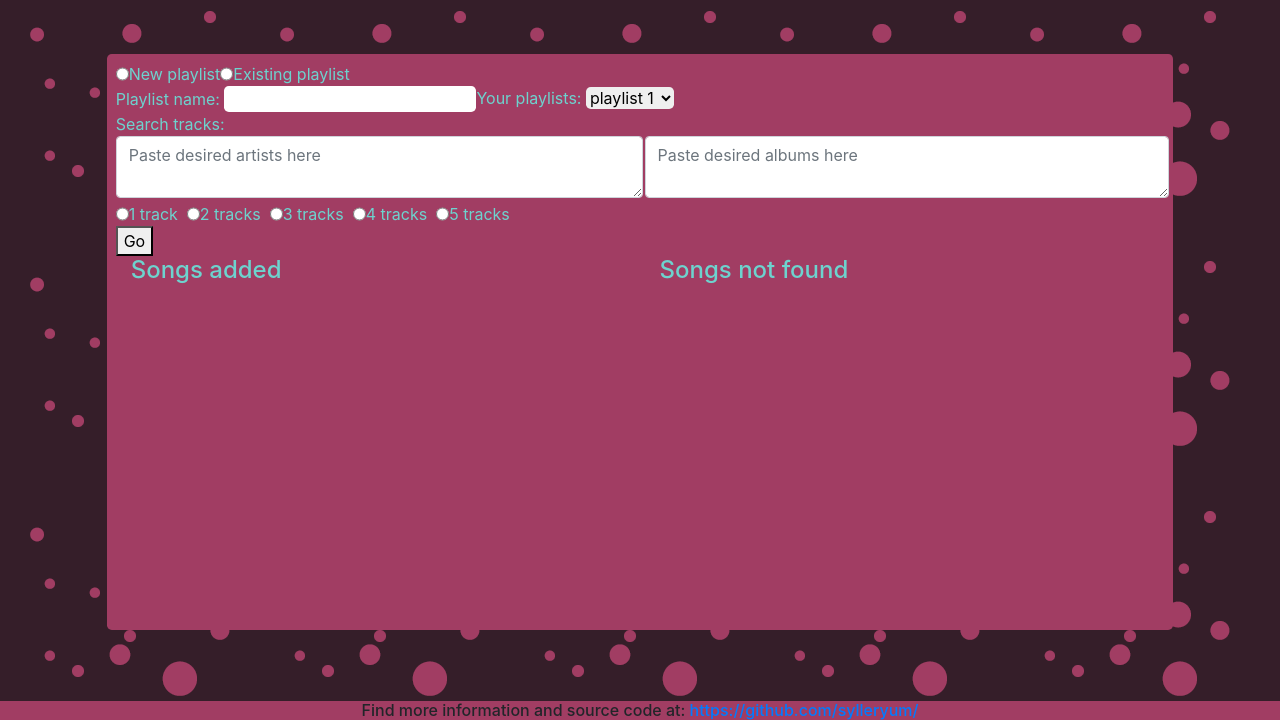
Repository: sylleryum/Frontend
Page: GetTopTracks/index.html
An editor plug-in stored every save of this project. The page is shown before and after a run of saves, followed by the edit.
The browser window is 1280 px wide. The pictures show the whole page.

Above is the page before, as saved 2019-10-13 17:30:18.

### GetTopTracks/index.html
<!doctype html>
<html lang="en">

<head>
     <title>Get top tracks from Artists and albums</title>
     <!-- Required meta tags -->
     <meta charset="utf-8">
     <meta name="viewport" content="width=device-width, initial-scale=1, shrink-to-fit=no">

     <!-- Bootstrap CSS -->
     <link rel="stylesheet" href="https://stackpath.bootstrapcdn.com/bootstrap/4.3.1/css/bootstrap.min.css"
          integrity="sha384-ggOyR0iXCbMQv3Xipma34MD+dH/1fQ784/j6cY/iJTQUOhcWr7x9JvoRxT2MZw1T" crossorigin="anonymous">

     <!-- main CSS-->
     <link rel="stylesheet" href="style.css">

</head>

<body class="background-master">
     <form action="searchTrack" id="submit-btn" onsubmit="return validation()">
          <div class="container-fluid h-95">
               <div class="row align-items-center justify-content-center h-95">
                    <div class="h-80 col col-md-10 bg-4 text-1 rounded-lg pl-4 pt-2 overflow-auto  id="
                         internal-container">
                         <div class="row main-select">
                              <input type="radio" id="rNew" name="playlistRadio" value="new"
                                   onchange="radioChecker()">New
                              playlist
                              <input type="radio" id="rExisting" name="playlistRadio" value="existing"
                                   onchange="radioChecker()">Existing
                              playlist
                         </div>
                         <div class="row main-playlist">
                              <div id="new-playlist" class="block-style">
                                   Playlist name: <input type="text" class="rounded-lg border-0" id="playlistName"
                                        name="playlistName" />
                              </div>
                              <div id="existing-playlist" class="block-style">
                                   <span>Your playlists:</span>
                                   <select name="selectPlaylist" class="rounded-lg border-0">
                                        <option>playlist 1</option>
                                        <option>playlist 2</option>
                                        <option>playlist 3</option>
                                        <option>playlist 4</option>
                                        <!-- <c:forEach var="items" items="${playlists}">
                                        <option value="${items.getId()}">${items.getName()}</option>
                                   </c:forEach> -->
                                   </select>
                              </div>
                         </div>
                         <div class="row">
                              Search tracks:
                         </div>
                         <div class="row main-textarea form-group pr-1 mb-0">
                              <div class="col-md-6 p-0 mb-1">
                                   <textarea class="textarea-search form-control md-textarea" id="searchNameArtist"
                                        name="searchNameArtist" placeholder="Paste desired artists here"></textarea>
                              </div>
                              <div class="col-md-6 p-0 small-padding">
                                   <textarea class="textarea-search form-control md-textarea" id="searchNameAlbum"
                                        name="searchNameAlbum" placeholder="Paste desired albums here"></textarea>
                              </div>
                         </div>
                         <div class="row track-amount">
                              <input type="radio" id="rAmount1" name="playlistRadio" value="rAmount2" onchange="">1 track&nbsp;&nbsp;
                              <input type="radio" id="rAmount2" name="playlistRadio" value="rAmount2" onchange="">2 tracks&nbsp;&nbsp;
                              <input type="radio" id="rAmount3" name="playlistRadio" value="rAmount3" onchange="">3 tracks&nbsp;&nbsp;
                              <input type="radio" id="rAmount4" name="playlistRadio" value="rAmount4" onchange="">4 tracks&nbsp;&nbsp;
                              <input type="radio" id="rAmount5" name="playlistRadio" value="rAmount4" onchange="">5 tracks&nbsp;&nbsp;
                         </div>
                         <div class="row main-go">
                              <button type="submit" id="submit-button">
                                   Go
                              </button>
                         </div>

                         <div class="row results-menu">
                              <div class="success col-md-6">
                                   <h4>Songs added</h4>

                              </div>
                              <div class="failure col-md-6">
                                   <h4>Songs not found</h4>

                              </div>
                         </div>

                    </div>

               </div>

          </div>
     </form>
     <footer class="text-center m-0 p-0 bg-4 footer-clear">
          <h6 class="p-0 m-0 text-w">Find more information and source code at: <a href="https://github.com/sylleryum/">
                    https://github.com/sylleryum/</a></h6>

     </footer>







     <!-- Optional JavaScript -->
     <!-- jQuery first, then Popper.js, then Bootstrap JS -->
     <script src="https://code.jquery.com/jquery-3.3.1.slim.min.js"
          integrity="sha384-q8i/X+965DzO0rT7abK41JStQIAqVgRVzpbzo5smXKp4YfRvH+8abtTE1Pi6jizo"
          crossorigin="anonymous"></script>
     <script src="https://cdnjs.cloudflare.com/ajax/libs/popper.js/1.14.7/umd/popper.min.js"
          integrity="sha384-UO2eT0CpHqdSJQ6hJty5KVphtPhzWj9WO1clHTMGa3JDZwrnQq4sF86dIHNDz0W1"
          crossorigin="anonymous"></script>
     <script src="https://stackpath.bootstrapcdn.com/bootstrap/4.3.1/js/bootstrap.min.js"
          integrity="sha384-JjSmVgyd0p3pXB1rRibZUAYoIIy6OrQ6VrjIEaFf/nJGzIxFDsf4x0xIM+B07jRM"
          crossorigin="anonymous"></script>
</body>

</html>

### GetTopTracks/style.css
.footer-clear {
     width: 100%;
     position: fixed;
     bottom: 0%;
}

.background-master {
     background: url(images/bb.png) repeat;
}

.h-100 {
     min-height: 100vh;
}

.h-95 {
     min-height: 95vh;
}

.h-80 {
     min-height: 80vh;
     max-height: 90vh;
}

.bg-1 {
     background: #6dd3ce!important
}

.bg-2 {
     background: #c8e9a0!important
}

.bg-3 {
     background: #f7a278!important
}

.bg-4 {
     background: #a13d63!important
}

.bg-5 {
     background: #351e29!important
}

.text-1 {
     color: #6dd3ce!important
}

.text-2 {
     color: #c8e9a0!important
}

.text-3 {
     color: #f7a278!important
}

.text-4 {
     color: #a13d63!important
}

.text-5 {
     color: #351e29!important
}

@media screen and (min-width: 767px) {
     .small-padding {
          padding-left: 2px!important;
     }
}

After the next 3 saves:
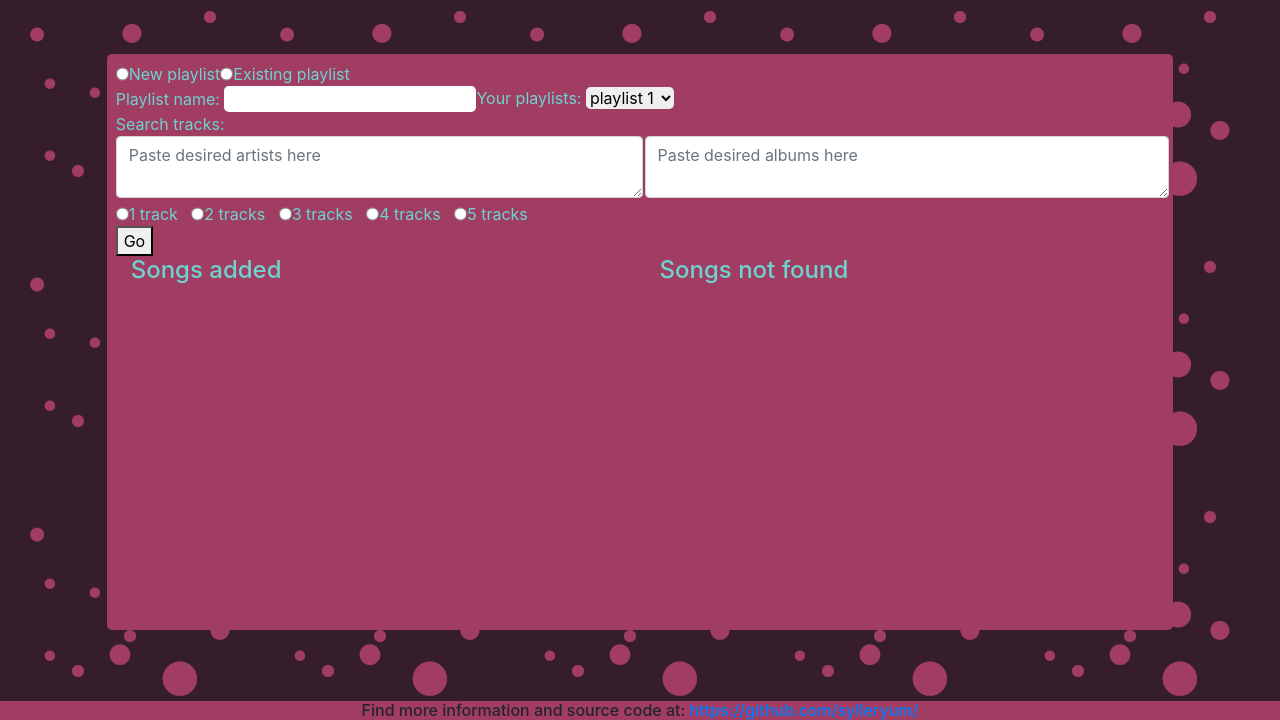
The 3 saves are shown as one change because they came seconds apart.
The last was saved 13 s later.
--- a/GetTopTracks/index.html
+++ b/GetTopTracks/index.html
@@ -62,11 +62,11 @@
                               </div>
                          </div>
                          <div class="row track-amount">
-                              <input type="radio" id="rAmount1" name="playlistRadio" value="rAmount2" onchange="">1 track&nbsp;&nbsp;
-                              <input type="radio" id="rAmount2" name="playlistRadio" value="rAmount2" onchange="">2 tracks&nbsp;&nbsp;
-                              <input type="radio" id="rAmount3" name="playlistRadio" value="rAmount3" onchange="">3 tracks&nbsp;&nbsp;
-                              <input type="radio" id="rAmount4" name="playlistRadio" value="rAmount4" onchange="">4 tracks&nbsp;&nbsp;
-                              <input type="radio" id="rAmount5" name="playlistRadio" value="rAmount4" onchange="">5 tracks&nbsp;&nbsp;
+                              <input type="radio" id="rAmount1" name="playlistRadio" value="rAmount2" onchange="">1 track&nbsp;&nbsp;&nbsp;
+                              <input type="radio" id="rAmount2" name="playlistRadio" value="rAmount2" onchange="">2 tracks&nbsp;&nbsp;&nbsp;
+                              <input type="radio" id="rAmount3" name="playlistRadio" value="rAmount3" onchange="">3 tracks&nbsp;&nbsp;&nbsp;
+                              <input type="radio" id="rAmount4" name="playlistRadio" value="rAmount4" onchange="">4 tracks&nbsp;&nbsp;&nbsp;
+                              <input type="radio" id="rAmount5" name="playlistRadio" value="rAmount4" onchange="">5 tracks&nbsp;&nbsp;&nbsp;
                          </div>
                          <div class="row main-go">
                               <button type="submit" id="submit-button">
